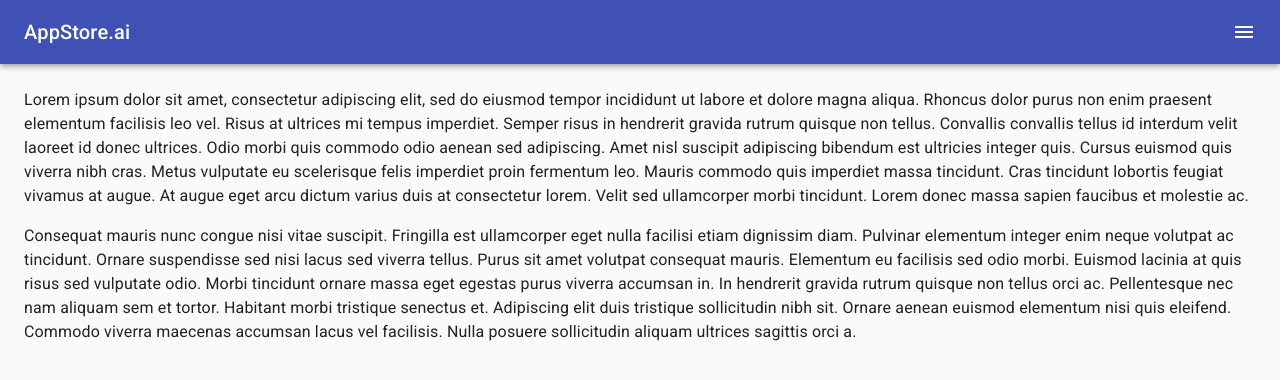
Repository: madmax2612/Appstore
Page: /
These files come from the project's save history. The page is drawn as it stood at one moment and after the next save; the edit follows.
The browser window is 1280 px wide. The pictures show the whole page.
The project was rebuilt for these pictures with package versions that can differ from the ones it lists, and the page was loaded fresh each time. A package was used in the major version that the imports need, not the one package.json lists.

Above is the page before, as saved 2020-07-16 16:38:08.

After the next save:
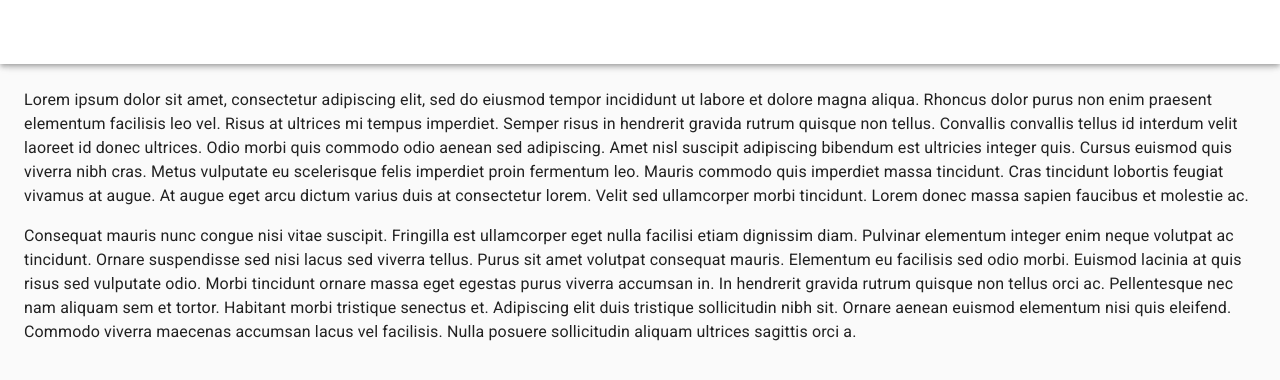
Saved 97 s later.
--- a/src/Components/Styles.js
+++ b/src/Components/Styles.js
@@ -11,6 +11,7 @@ export const useStyles = makeStyles((theme) => ({
       easing: theme.transitions.easing.sharp,
       duration: theme.transitions.duration.leavingScreen,
     }),
+    backgroundColor:'white'
   },
   appBarShift: {
     width: `calc(100% - ${drawerWidth}px)`,
